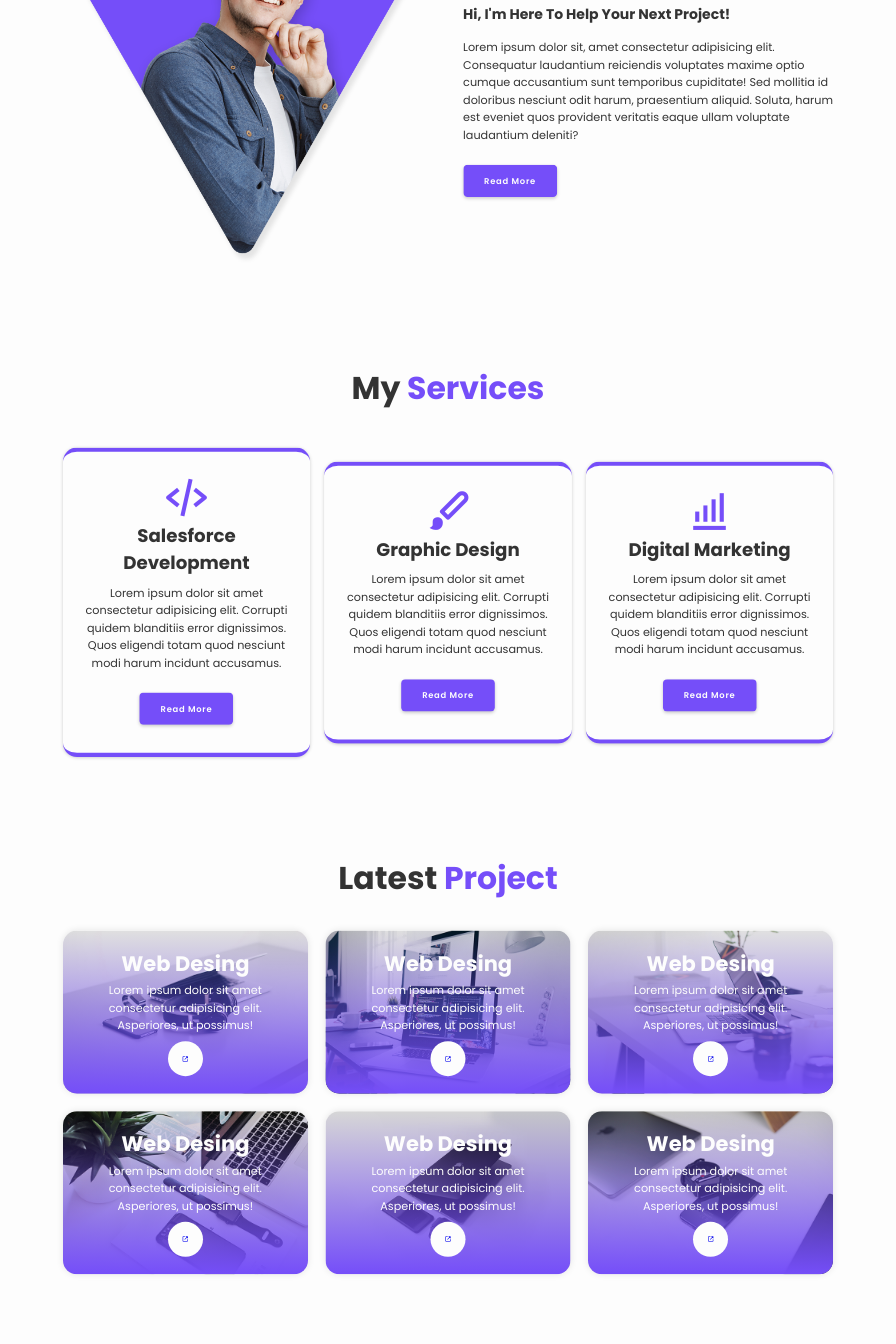
Repository: Gabi-Augusto/Portfolio
Page: index.html
An editor plug-in stored every save of this project. The page is shown before and after the next save, followed by the edit.
The browser window is 1280 px wide. The pictures show the part of the page from y = 989 to 2909 px (the page is 2909 px tall), at 70% of full size.

Above is the page before, as saved 2023-11-29 19:22:20.

After the next save:
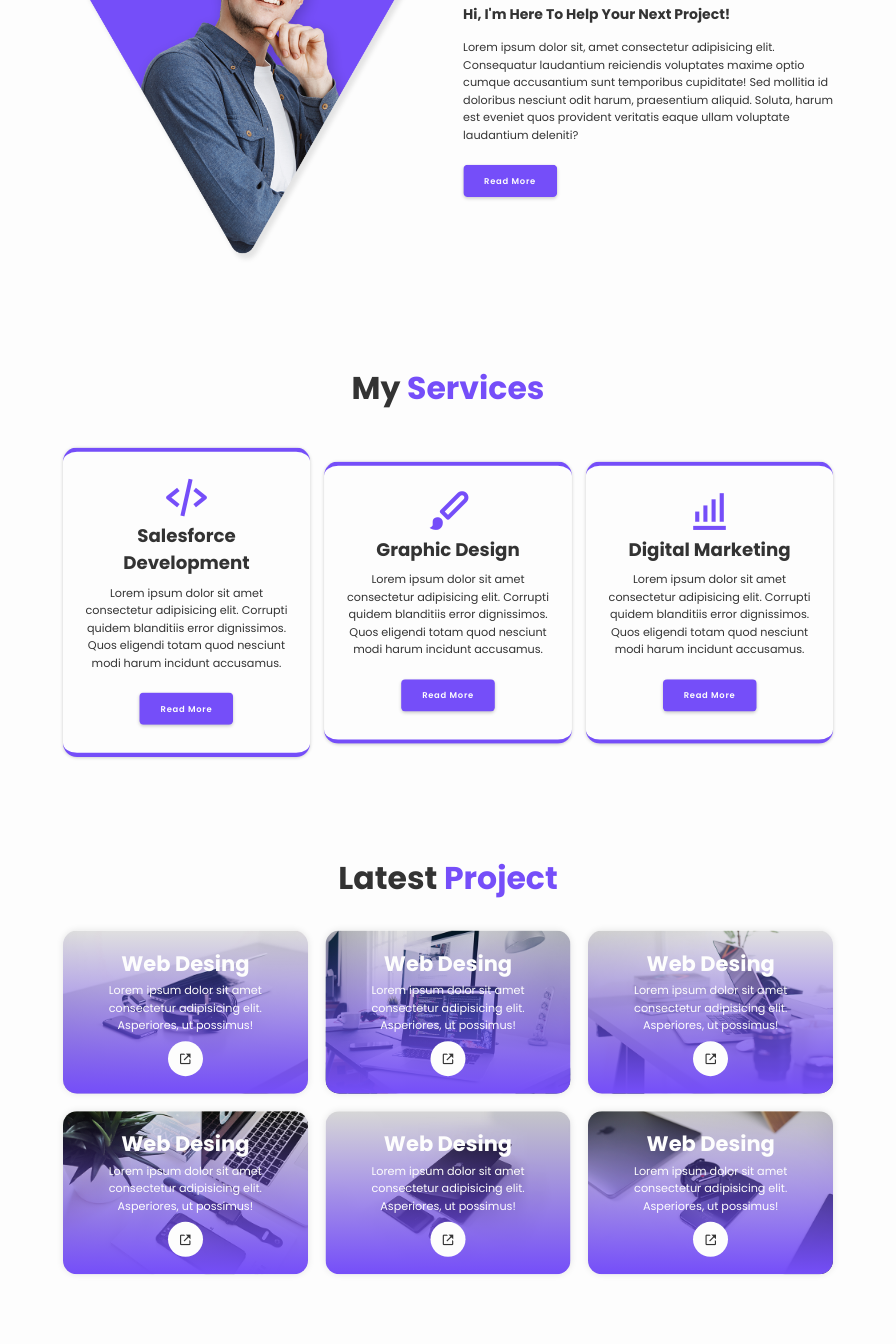
Saved 67 s later.
--- a/css/style.css
+++ b/css/style.css
@@ -399,3 +399,8 @@ span {
     background: var(--white-color);
     border-radius: 50%;
 }
+
+.portfolio-layer a i {
+    font-size: 2rem;
+    color: #333;
+}
